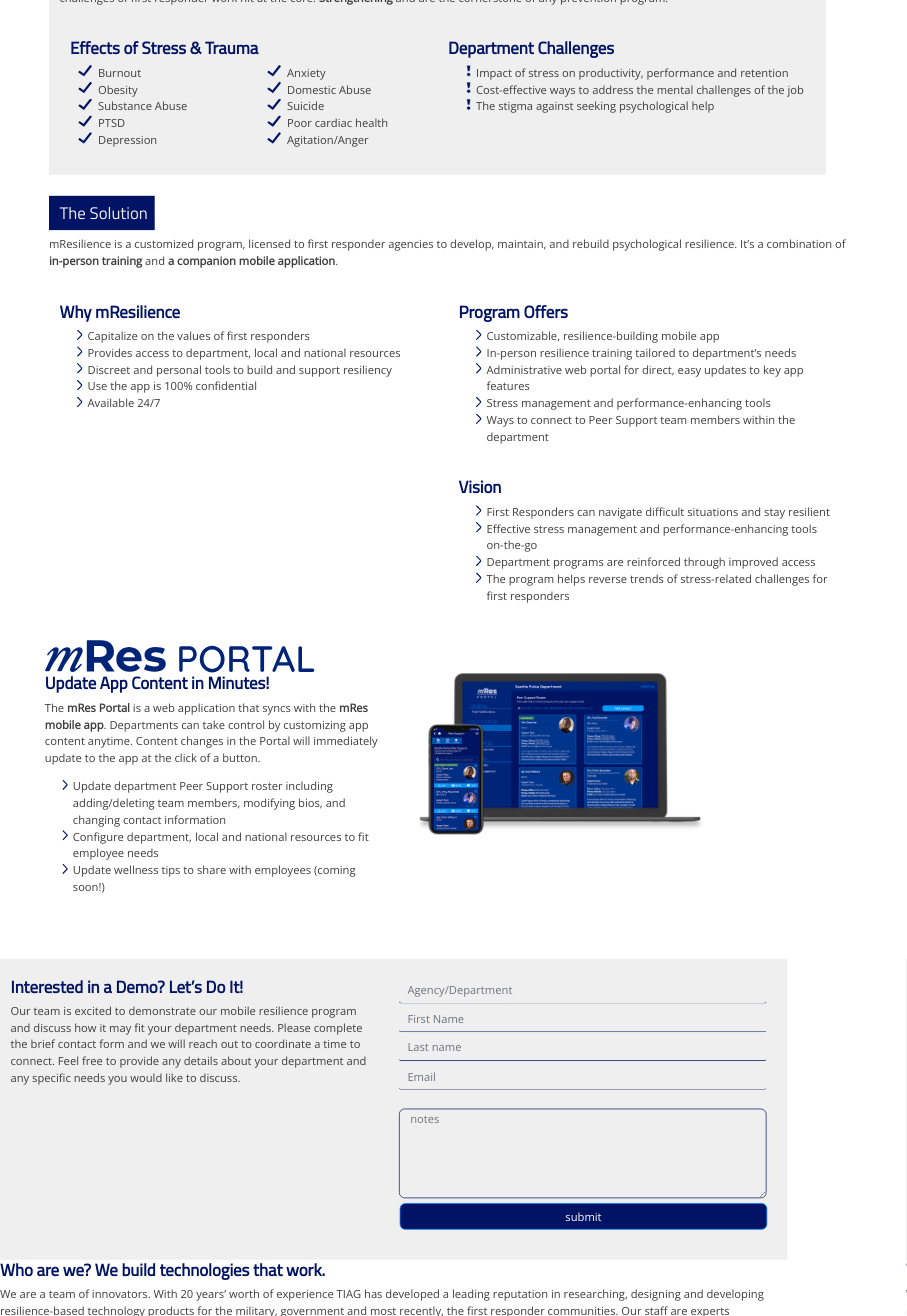
Repository: shenjune/mResilienceWebsite
Page: index.html
An editor plug-in stored every save of this project. The page is shown before and after the next save, followed by the edit.
The browser window is 1280 px wide. The page is 1295 px wide, so the pictures cover 1295 px, including what lies to the right of the window. The pictures show the part of the page from y = 964 to 2844 px (the page is 3198 px tall before and 3311 px after), at 70% of full size.
Some web libraries are served in a nearby version.

Above is the page before, as saved 2019-11-11 08:52:14.

### index.html
<!doctype html>
<html lang="en">
<head>
	<title>TIAG mResilience</title>
	<!-- Required meta tags -->
	<meta charset="utf-8">
	<meta name="viewport" content="width=device-width, initial-scale=1, shrink-to-fit=no">

	<!-- NOTE: moved reset to before all other stylesheets -->
	<link rel="reset" href="./Assets/reset.css">

	<!-- Google Fonts -->
	<link href="https://fonts.googleapis.com/css?family=Titillium+Web&display=swap" rel="stylesheet">
	<link href="https://fonts.googleapis.com/css?family=Open+Sans&display=swap" rel="stylesheet">

	<!-- Bootstrap CSS -->
	<link rel="stylesheet" href="https://stackpath.bootstrapcdn.com/bootstrap/4.3.1/css/bootstrap.min.css" integrity="sha384-ggOyR0iXCbMQv3Xipma34MD+dH/1fQ784/j6cY/iJTQUOhcWr7x9JvoRxT2MZw1T" crossorigin="anonymous">

	<!-- Font Awesome CSS Icons (For cool glyphicons) -->
	<link rel="stylesheet" href="https://maxcdn.bootstrapcdn.com/font-awesome/4.5.0/css/font-awesome.min.css" />

	<!-- CSS Stylesheet -->
	<!-- NOTE: removed `media="screen"` attribute below since there's only one custom stylesheet -->
	<link rel="stylesheet" href="style.css"/>

</head>

<body>

<!-- 01 Nav -->
	<nav class="navbar navbar-expand-lg nav-bg-color navbar-light" id="nav">
		<a class="navbar-brand" href="#">
			<img src="Assets/Images/mResFullLogo1.svg" alt="mResilience Logo" class="img-fluid">
		</a>
		<button class="navbar-toggler" type="button" data-toggle="collapse" data-target="#navbarSupportedContent" aria-controls="navbarSupportedContent" aria-expanded="false" aria-label="Toggle navigation">
			<span class="navbar-toggler-icon"></span>
		</button>

		<!--Start of NavBar links-->
		<div class="collapse navbar-collapse titillium-font" id="navbarSupportedContent">
			<ul class="navbar-nav ml-auto">
			<!--NavBar Main Link-->
				<li class="nav-item">
					<a class="nav-link" href="#main"><h5 class= "secondFont">Main</h5><span class="sr-only">(current)</span></a>
				</li>
				<!--NavBar Why Link-->
				<li class="nav-item">
					<a class="nav-link" href="#why"><h5 class= "secondFont">The Why</h5></a>
				</li>
				<!--NavBar Features Link-->
				<li class="nav-item">
					<a class="nav-link" href="#portal-div"><h5 class= "secondFont">Features</h5></a>
				</li>
				<!--NavBar Contact Link-->
				<li class="nav-item">
					<a class="nav-link" href="#back-form"><h5 class= "secondFont">Contact</h5></a>
				</li>
				<!--NavBar About Link-->
				<li class="nav-item">
					<a class="nav-link" href="#about"><h5 class= "secondFont">About</h5></a>
				</li>
				<!--NavBar Facebook Link-->
				<li class="nav-item" id="nav-fb">
					<a href="https://www.facebook.com/mresilience/"  target= "_blank" class="nav-link"><img src="Assets/Images/Facebook.svg" alt="facebook logo"></a>
				</li>
				<!--NavBar TIAG Link to www.tiag.net-->
				<li class="nav-item" id="nav-tiag">
					<a href="http://tiag.net" target="_blank" class="nav-link"><img src="Assets/Images/TIAGlogo.svg" height="25Spx" alt="TIAG logo"></a>
				</li>
			</ul>
		</div>
	</nav>

	<!-- 02 Main -->
	<div class="row" id="splash">
		<div class="col-lg-7 ml-auto col-sm-12">
			<img src="Assets/Images/01MainPhone.png" width="100%">
		</div>
		<div class="align-left col-lg-5 ml-auto ">
			<!-- Beginning header image and opening paragraph -->
			<img src="Assets/Images/mResLogo.svg" alt="mResLogo" class="mobilePadding" id="mResLogo">
			<h4 class="secondFont mobilePadding">
				Mobile App for First Responders
			</h4>
			<p class="lead mobilePadding" id="leadText">A customizable resilience-building app available 24/7 that provides direct access to peer support, department supported resources, and stress management tools.</p>
		</div>

		<div class="col-12" id="mainBottomImage">
			<!-- NOTE: style this image using id or class in the stylesheet -->
			<img src="Assets/Images/02MainFooterImage.png" id="mainBottomImage" alt="image of first responders">
		</div>
	</div>

	<div class="container" id="main">
		<!-- 03 The Why -->
		<div id="why" class="container row">
			<!-- <div class="row"> -->
				<div class="col-12" id= "3A">
					<!-- 03A: First Responder Challenges section-->
					<div class="row" id="challengesHeader">
						<h4 class="invert">First Responder Challenges</h4>
					</div>

					<!-- 03A: First Responder Challenges text -->
					<div class="row" id="challengeStatement">
						<p>First responders put resilience to the test every day. The ability to “bounce back” is critical to do the work of protecting and saving lives. But the challenges of first responder work hit at the core. <strong>Strengthening</strong> and <strongaintaining resilience</strong> are the cornerstone of any prevention program.</p>
					</div>

					<!-- 03A: Bullet Points -->
					<div class="row" id="titles">
						<!-- STRESS SECTION -->
						<div class="col-lg-6 col-sm-12" id="stressSubHeader">
							<h4 class= "secondFont">Effects of Stress & Trauma</h4>
							<!-- STRESS PTS -->
							<div class="row">
							<!-- STRESS BULLET POINTS I-->
								<div class="col-6" >
									<ul class="checkBullets">
										<li>Burnout</li>
										<li>Obesity</li>
										<li>Substance Abuse</li>
										<li>PTSD</li>
										<li>Depression</li>
									</ul>
								</div>
						<!-- STRESS BULLET POINTS PT II-->
								<div class="col-6" >
									<ul class="checkBullets">
										<li>Anxiety</li>
										<li>Domestic Abuse</li>
										<li>Suicide</li>
										<li>Poor cardiac health</li>
										<li>Agitation/Anger</li>
									</ul>
								</div>
							</div>
						</div>

						<!-- DEPARTMENT SECTION -->
						<div class="col-lg-6 col-sm-12" id="challengesSubHeader">
							<h4 class= "secondFont">Department Challenges</h4>
							<div class="row">
							<!-- DEPARTMENT PTS -->
								<div class="col-12" id="challengebullets">
									<ul class= "exPt">
										<li>Impact of stress on productivity, performance and retention</li>
										<li>Cost-effective ways to address the mental challenges of the job</li>
										<li>The stigma against seeking psychological help</li>
									</ul>
								</div>
							</div>
						</div>
					</div>
				</div>
			</div>

			<!--03B: The Solution Section-->
			<div id="solutionSection">
				<!-- Solution Title -->
				<div class="row" id="solutionHeader">
					<h4 class="invert">The Solution</h4>
				</div>

				<!-- Solution Statement -->
				<div class="row" id="solutionStatement">
					<p>mResilience is a customized program, licensed to first responder agencies to develop, maintain, and rebuild psychological resilience. It’s a combination of <strong>in-person training</strong> and <strong>a companion mobile application</strong>.</p>
				</div>

				<!-- Solution Bullet Points -->
				<div class="row" id="titles2">
					<div class="col-lg-6 ml-auto col-sm-12" id="whymResSubHeader">
						<h4 class="secondFont">Why mResilience</h4>
						<ul class="arrow" id="whyBullets">
							<li>Capitalize on the values of first responders</li>
							<li>Provides access to department, local and national resources</li>
							<li>Discreet and personal tools to build and support resiliency</li>
							<li>Use the app is 100% confidential</li>
							<li>Available 24/7</li>
						</ul>
					</div>

				<!-- <div id="programOffers"> -->
					<div class="col-lg-6 ml-auto col-sm-12" id="programSubHeader">
						<h4 class="secondFont">Program Offers</h4>
						<ul class="arrow" id="offerBullets">
							<li>Customizable, resilience-building mobile app</li>
							<li>In-person resilience training tailored to department’s needs</li>
							<li>Administrative web portal for direct, easy updates to key app features</li>
							<li>Stress management and performance-enhancing tools</li>
							<li>Ways to connect to Peer Support team members within the department</li>
						</ul>
					</div>
				</div>

				<!-- Vision Bullet Points -->
				<!-- need to add align left to this div -->
				<div class="row">
					<div class="col-lg-6 ml-auto col-sm-12" id="visionSubheader">
						<h4 class="secondFont">Vision</h4>
						<ul class="arrow">
							<li>First Responders can navigate difficult situations and stay resilient</li>
							<li>Effective stress management and performance-enhancing tools on-the-go</li>
							<li>Department programs are reinforced through improved access</li>
							<li>The program helps reverse trends of stress-related challenges for first responders</li>
						</ul>
					</div>
				</div>
			</div>
		</div>

		<!-- 04 PORTAL DIV -->
		<div id="portal-div" class="container row">
			<!-- div for the portal text -->
			<div class="col-lg-6 ml-auto col-sm-12">
				<img id="portallogo" src="Assets/Images/portallogo2.svg" alt="mResLogo">
				<h4 class= "secondFont">Update App Content in Minutes!</h4>
				<p>The <strong>mRes Portal</strong> is a web application that syncs with the <strong>mRes mobile app</strong>. Departments can take control by customizing app content anytime. Content changes in the Portal will immediately update to the app at the click of a button.</p>

				<ul class="arrow">
					<li>Update department Peer Support roster including adding/deleting team members, modifying bios, and changing contact information</li>
					<li>Configure department, local and national resources to fit employee needs</li>
					<li>Update wellness tips to share with employees (coming soon!)</li>
				</ul>
			</div>

		<!-- div for the Feature images -->
			<div class="col-lg-6 col-sm-12">
				<img id='portalImg' src="Assets/Images/portal.png" alt="portalImg">
			</div>
		</div>

		<!---- 05 Contact Form ---->
		<div id="back-form" class="container mobilePadding2 row">
			<div class="col-lg-6 col-sm-12">
				<h4 class="secondFont">Interested in a Demo? Let’s Do It!</h4>
				<p>Our team is excited to demonstrate our mobile resilience program and discuss how it may fit your department needs. Please complete the brief contact form and we will reach out to coordinate a time to connect. Feel free to provide any details about your department and any specific needs you would like to discuss.</p>
			</div>

			<form class= "col-lg-6 col-sm-12" id="back-form2">
			<!-- INPUT SECTION -->
				<div class="form-group" >
					<!-- Department input -->
					<input type="text" class="form-control input-border" id="user-dept" placeholder="Agency/Department">

					<!-- First name input -->
					<input type="text" class="form-control input-border" id="user-name" placeholder="First Name">

					<!-- Last name input -->
					<input type="text" class="form-control input-border" id="user-last-name" placeholder="Last name">

					<!-- Email input -->
					<input type="email" class="form-control input-border" id="user-email" placeholder="Email">

					<!-- Notes input -->
					<label for="message"></label>
					<textarea class="col-lg-12" id="message" name="message" required="required" placeholder="notes"></textarea>

				<!-- Submit button -->
					<button type="submit" class="btn btn-primary" id="send">submit</button>
				</div>
			</form>
		</div>

		<!--06 About TIAG goes here-->
		<div id="about" class="container mobilePadding2 row">
			<h4 class="secondFont" id="whoWeAre">
				<strong>Who are we?</strong>  We build technologies that work.
			</h4>
			<p id ="whoWeAreP">We are a team of innovators. With 20 years’ worth of experience TIAG has developed a leading reputation in researching, designing and developing resilience-based technology products for the military, government and most recently, the first responder communities. Our staff are experts comprising program and project managers, subject matter experts, researchers, designers and developers. Collectively, we bring a comprehensive approach to advising and creating relevant resilience-based technology services, programs and products.</p>
			<h4 class="secondFont" id="haveIdeas">
				<strong>Have ideas?</strong> Come innovate with us!
			</h4>
			<p id="haveIdeasP">Our resilience program is just the beginning and is rapidly evolving. Creating first responder-focused resilience solutions does not happen without collaboration with those who protect our communities. Do you have ideas to evaluate resilience? Want to create a digital tool or feature to help your department or agency thrive? We want to work with you.</p>
			<br>
		</div>
	</div>

	<!-- FOOTER FOR THE WEBSITE -->
	<footer class="footer">
		<div id= "footer-row" class="row">
		<!-- footer conditions in Javascript will reference this div -->
		</div>
	</footer>

	<!-- Optional JavaScript -->
	<!-- jQuery first, then Popper.js, then Bootstrap JS -->
	<script src="https://code.jquery.com/jquery-3.1.1.min.js"></script>
	<script src="https://cdnjs.cloudflare.com/ajax/libs/twitter-bootstrap/4.0.0/js/bootstrap.bundle.min.js"></script>

	<!-- commented out to make nytimes api work -->
	<!-- <script src="https://code.jquery.com/jquery-3.3.1.slim.min.js" integrity="sha384-q8i/X+965DzO0rT7abK41JStQIAqVgRVzpbzo5smXKp4YfRvH+8abtTE1Pi6jizo" crossorigin="anonymous"></script> -->
	<script src="https://cdnjs.cloudflare.com/ajax/libs/popper.js/1.14.7/umd/popper.min.js" integrity="sha384-UO2eT0CpHqdSJQ6hJty5KVphtPhzWj9WO1clHTMGa3JDZwrnQq4sF86dIHNDz0W1" crossorigin="anonymous"></script>
	<script src="https://stackpath.bootstrapcdn.com/bootstrap/4.3.1/js/bootstrap.min.js" integrity="sha384-JjSmVgyd0p3pXB1rRibZUAYoIIy6OrQ6VrjIEaFf/nJGzIxFDsf4x0xIM+B07jRM" crossorigin="anonymous"></script>

	<!-- script link to send email from contact form to tiag -->
	<script src="https://smtpjs.com/v3/smtp.js"></script>
	<script src="script.js"></script>

</body>
</html>

### style.css
/* BODY */

body {
    /*  APPLIES OPEN SANS WITH GREY COLOR TO WHOLE PAGE */
    /*  Desired effect is making all text the grey and sans */
    font-family: 'Open Sans', sans-serif;
    color: #3e3e3e;
    width: 100%;
    font-weight: normal;
}

/*  CLASS FOR TITILLIUM FONT WITH BLUE COLOR */

.secondFont {
    font-family: 'Titillium Web', sans-serif;
    color: #001365;
    font-weight: bold;
}

/*  CLASS FOR INVERTED HEADER */

.invert {
    margin-top: 15px;
    font-family: 'Titillium Web', sans-serif;
    color: #eeeeee;
    background-color: #001365;
    padding: 10px;
    padding-left: 15px;
}

/* 01 Nav */

/*scroll-behavior animation for Chrome and FoxFire*/
html {
    scroll-behavior: smooth;
}

#nav{
    position: fixed;
    z-index: 1;
}

nav {
    background-color: #efefef;
    border-bottom: 2px solid #001365;
    top: 0;
    width: 100%;
}

.nav-link {
    margin-right: 15px;
    padding: 5px;
    margin-top: 0px;
    align-items: center;
    justify-content: center;
    }

.nav-link h5:hover {
    font-family: 'Titillium Web', sans-serif;
    color: #eeeeee;
    background-color: #001365;
    }


/* 02 Main Section */

div#main.row{
    margin-top: 8%;
}

#main h4 {
    margin-top: 30px;
}

#mResLogo {
    margin-top: 5%;
}

#mainBottomImage {
    width: 100%;
    height: auto;
    margin: 0 auto;
    position: relative;
    top: 0;
    bottom:0;
    z-index: -1;
}
/* White mResilience Logo that overlays on the people picture under the mobile app image in 02. Main section*/
/*div img#whiteLogo {
    margin: 10% 35%;
    position: absolute;
} */

/* 03 The Why Section */

#why {
    background:#efefef;
    padding-bottom: 2%;
}

.checkBullets {
    list-style-image: url('Assets/Images/02checkmark.svg');
}

.exPt {
    list-style-image: url('Assets/Images/02exclamation.svg');
}

.arrow {
    list-style-image: url('Assets/Images/02arrow.svg')
}

/* 04 Portal Section*/

#portal-div {
    color:#3e3e3e;
    background:white;
    width:100%;
    padding-top: 2%;
    padding-left: 5%;
    padding-right: 5%;
    padding-bottom:5%;
}

#portallogo {
    height: 12%;
    margin-top: 2%;

}

#portalImg {
    width:100%;
    height:auto;
    padding-top: 8%;
    padding-right:3%;
}

/* 05 contact form */

#back-form {
    background:#efefef;
    padding-top: 2%;
    padding-bottom: 2%;
}
div.container div.row h4.secondFont{
    padding-top: 0%;
}

div.container div.row form#back-form.col-lg-6.col-sm-12{
    padding-top:2%;
    padding-left: 0%;
}
/* 05 Contact form border & background color by ID */

.input-row {
    margin-top:10px;
    margin-bottom:10px;
}

#user-dept {
    background:#efefef;
}

#user-name {
    background:#efefef;
}

#user-last-name {
    background:#efefef;
}

#user-email {
    background:#efefef;
}

#message{
    border-radius: 8px;
    height: 8em;
    border: 1.5px solid #001365;
    background:#efefef;
}

.input-border {
    border-style: none;
    border-bottom: 1.5px solid #001365;
    margin-bottom: .20em;
}

#send{
    width: 100%;
    margin: 1px;
    background-color: #001365;
    border-radius:8px;
}

#send:hover{
    background-color: #EFEFEF;
    color:#001365;
}

/*Footer*/
.footer {
    border-top: 2px solid #001365;
    padding: 10px;
    bottom: 0;
    width: 100%;
    background: #efefef;
    text-align: center;
    color: #001365;
    float: left;

}

.pFooter {
    font-size: 12px;
    margin: 0px;
    line-height: 1.5em;
}

.footerImage {
    padding: 10px;
    margin-left: auto;
    margin-right: auto;
}

h3 {
    color: #001365;
}

/* when the screen is mobile the padding for the 02 Main section and 06 About sections are given more space for readability */
@media only screen and (max-width:600px){
    .mobilePadding {
        padding-left:13%;
        padding-right: 5%;
    }

    .mobilePadding2 {
        padding-left: 8%;
        padding-right: 5%;
    }

    #portallogo {
        height: 10%;
        padding-bottom: 3%;
    }
};

/* when the screen is for a desktop the padding for the 02 Main is change for nicer visual spacing */
@media only screen and (min-width: 768px) {
    #leadText {
        padding-right: 15%;
    }

    #portallogo {
        height: 12%;
        padding-bottom: 3%;
    }
};

### script.js
//IN THIS FILE:
// 06. Code for Footer styling for device size
// 04. Code for Email Validation API (requirement for class).

'use strict';

var department; // not sure we will need this one
var name;
var lastName;
var emailAddress;
var comments;
var x = window.matchMedia("(max-width: 700px)");

//O6. FOOTER
// foot icons
var icon1=$('<a target="_blank" href="http://tiag.net/"><img class= "footerImage center-block" src= "Assets/Images/TIAGlogo.svg" alt= "TIAGlogo" style= "margin-top: 30px;"></a>');
var icon2=$('<img class= "footerImage" src= "Assets/Images/mresilience_sm_blue.svg" alt= "mresilience_sm_blue" style= "margin-top: 20px;">');
var icon3=$('<a target="_blank" href="https://www.facebook.com/mresilience/"><img class= "footerImage" src= "Assets/Images/Facebook.svg" alt="fbLogo"></a>');

// footer text
var p1 =$('<p class= "pFooter"> TIAG® is a woman-owned business. DUNS: 065245750.</p>');
var p2 =$('<p class= "pFooter"> Corporate Headquarters: (703) 437-7878 Ext. 11911 </p>');
var p3 =$('<p class= "pFooter"> Freedom Drive, Suite 1180, Reston, VA 20190 </p>');
var p4 =$('<p class= "pFooter"> This website is Copyright © 2019 </p>');
var p5 =$('<p class= "pFooter"> The Informatics Applications Group, Inc. </p>');

function checkMobile(x){
    if(x.matches) {
        $('#footer-row').empty();
        var mobileMiddle1 = $("<div id= 'footer-body' class= 'col-sm-12'>").appendTo('#footer-row');
            // adding Text
            $(p1).appendTo(mobileMiddle1);
            $(p2).appendTo(mobileMiddle1);
            $(p3).appendTo(mobileMiddle1);
            $('<br>').appendTo(mobileMiddle1);
            $(p4).appendTo(mobileMiddle1);
            $(p5).appendTo(mobileMiddle1);

        var mobileMiddle2 = $("<div style= 'width:100%' class= 'col-sm-12'>").appendTo('#footer-row');
            // adding icons
            $(icon1).appendTo(mobileMiddle2);
            $(icon2).appendTo(mobileMiddle2);
            $(icon3).appendTo(mobileMiddle2);
    }
    else {
        $('#footer-row').empty();

         // adds first icon to the footer (left)
        var leftSide= $("<div class= 'col-2'>").appendTo('#footer-row');
        $(icon1).appendTo(leftSide);

         // adds footer text to the footer (middle)
        var middleSide= $("<div id= 'footer-body' class= 'col-8'>").appendTo('#footer-row');
        $(p1).appendTo(middleSide);
        $(p2).appendTo(middleSide);
        $(p3).appendTo(middleSide);
        $('<br>').appendTo(middleSide);
        $(p4).appendTo(middleSide);
        $(p5).appendTo(middleSide);

         // adds icons to the footer (right)
        var rightSide= $("<div class= 'col-2'>").appendTo('#footer-row');
        $(icon2).appendTo(rightSide);
        $(icon3).appendTo(rightSide);
    }
}

checkMobile(x); // call function at run time
x.addListener(checkMobile); // attatch listener function on state change



//04 CONTACT FORM with Email Validation API//

// function to gather the contact info
function contact() {
    name = $('#user-name').val().trim();
    emailAddress = $('#user-email').val().trim();
    comments = $('#message').val().trim();
};

// Email Validation
var access_key = '7f95822a0882fc130f048a764288d1c1';
var email_address = 'support@apilayer.com';
function validateEmail(cb) {
    // verify email address via AJAX call
    return $.ajax({
        url: 'https://apilayer.net/api/check?access_key=' + access_key + '&email=' + emailAddress,
        dataType: 'jsonp',
        success: function (json) {
            // console.log(json);
            // Access and use your preferred validation result objects
            // console.log(json.format_valid);
            // console.log(json.smtp_check);
            // console.log(json.score);
            // cb(format_valid, smtp_check)
            return json
        }
    });
};

// click event on submit button will get contact() to run
$('#back-form').on('submit', async function (stop) {
    stop.preventDefault();
    contact();
//$('#user-name').empty();

    var validate = await validateEmail();
    // console.log(validate)
    const { format_valid, smtp_check } = validate;

    // if validEmail is true, alert to the user, enter in a valid email
    if (smtp_check === true && format_valid === true) {

        Email.send({
            Host: 'smtp25.elasticemail.com',
            Username: 'marinocarranza@hotmail.com',
            Password: 'a5b01d0e-fdfe-4593-8205-cb8f0d332406',
            To: 'jjune@tiag.net',    //my preferred email
            From: 'marinocarranza@hotmail.com',  //user input
            Subject: `${name} PORTFOLIO feedback`,    // user input
            Body: `${name} had this to say: ${comments}    ===>  Write back at ${emailAddress}`   // will come from user input in the comment form
        }).then(
            message => alert("Thank you for your feedback! An mResilience member will get back to you soon!")    // when email sends
        )}else {
        alert('Please provide valid email');    // when email is invalid
    };

    //$('#back-form').reset();
    $("#user-dept").val("");
    $("#user-name").val("");
    $("#user-last-name").val("");
    $("#user-email").val("");
    $("#message").val("");
});

After the next save:
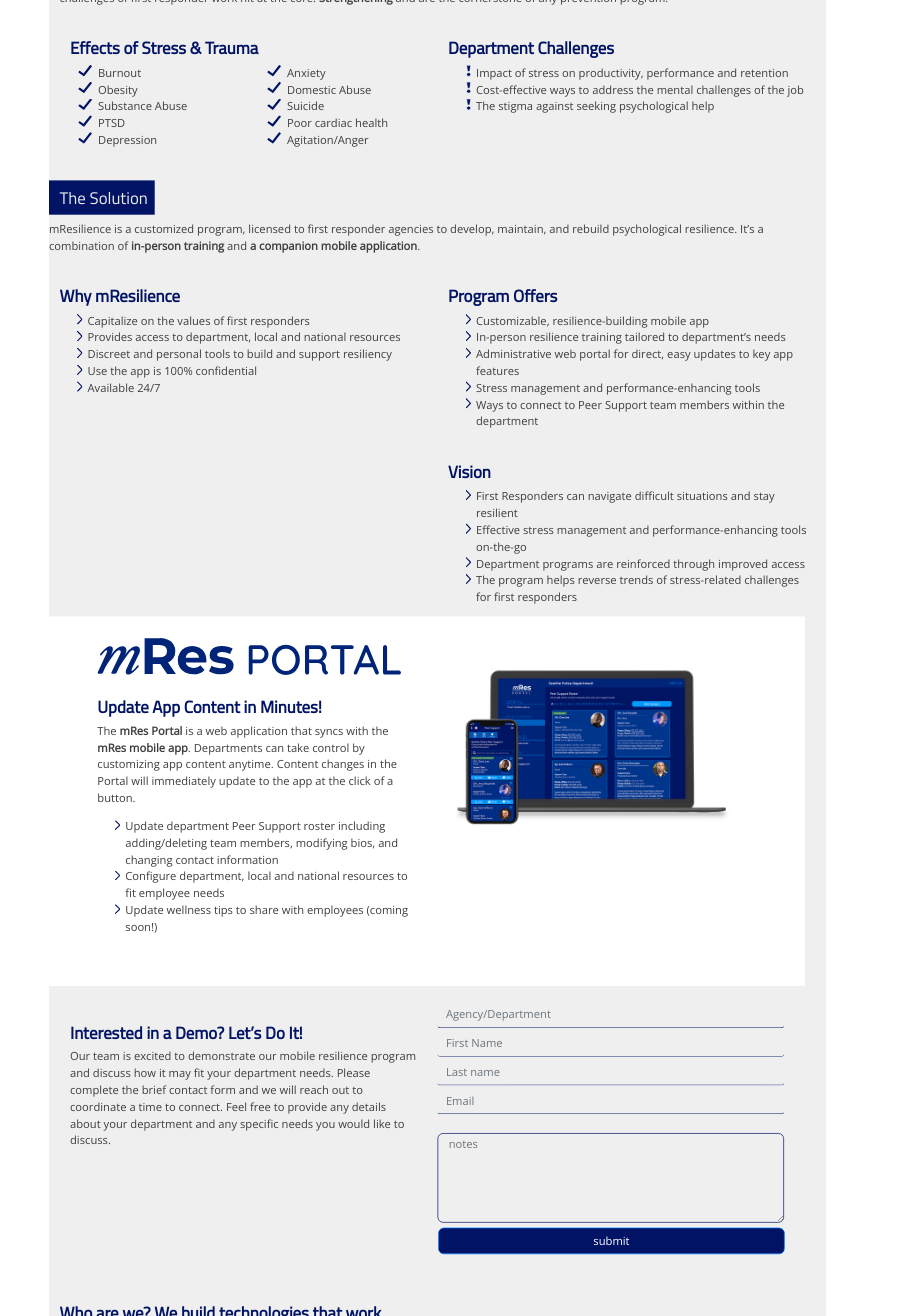
Saved 8 s later.
--- a/index.html
+++ b/index.html
@@ -152,7 +152,7 @@
 						</div>
 					</div>
 				</div>
-			</div>
+			<!-- </div> -->
 
 			<!--03B: The Solution Section-->
 			<div id="solutionSection">
@@ -206,7 +206,7 @@
 					</div>
 				</div>
 			</div>
-		</div>
+		</!-->
 
 		<!-- 04 PORTAL DIV -->
 		<div id="portal-div" class="container row">
